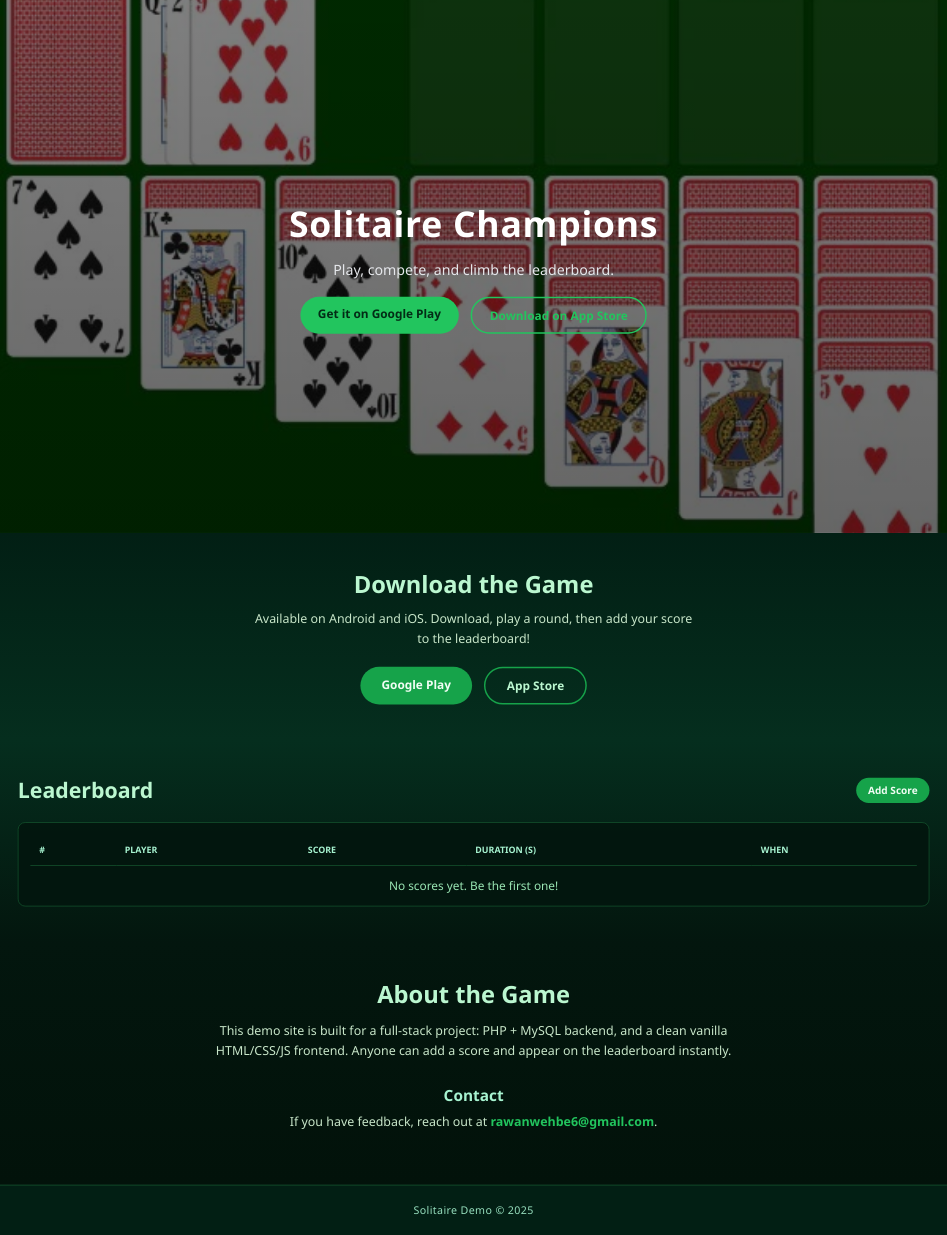
Repository: rawanwehbe6/solitaire-webapp
Page: solitaire-frontend/index.html
The author's editor kept a copy of each file at every save. The page is drawn from the files as they stood at one save, then again after the next save.
The browser window is 1280 px wide. The pictures show the whole page, at 74% of full size.
The page's requests for data from a server got no answer.

Above is the page before, as saved 2025-11-05 21:55:52.

### solitaire-frontend/index.html
<!DOCTYPE html>
<html lang="en">
<head>
  <meta charset="UTF-8">
  <title>Solitaire Leaderboard</title>
  <meta name="viewport" content="width=device-width, initial-scale=1.0">
  <link rel="stylesheet" href="style.css">
</head>
<body>
  <header class="hero">
    <div class="hero-content">
      <h1>Solitaire Champions</h1>
      <p>Play, compete, and climb the leaderboard.</p>
      <div class="hero-buttons">
        <a href="https://play.google.com" target="_blank" class="btn primary">Get it on Google Play</a>
        <a href="https://www.apple.com/app-store/" target="_blank" class="btn secondary">Download on App Store</a>
      </div>
    </div>
  </header>

  <main>
    <section id="download" class="section">
      <h2>Download the Game</h2>
      <p>Available on Android and iOS. Download, play a round, then add your score to the leaderboard!</p>
      <div class="download-links">
        <a href="https://play.google.com" target="_blank" class="btn primary">Google Play</a>
        <a href="https://www.apple.com/app-store/" target="_blank" class="btn secondary">App Store</a>
      </div>
    </section>

    <section id="leaderboard" class="section">
      <div class="section-header">
        <h2>Leaderboard</h2>
        <a href="add-score.html" class="btn small">Add Score</a>
      </div>

      <div class="table-wrapper">
        <table>
          <thead>
          <tr>
            <th>#</th>
            <th>Player</th>
            <th>Score</th>
            <th>Duration (s)</th>
            <th>When</th>
          </tr>
          </thead>
          <tbody id="leaderboard-body">
          </tbody>
        </table>
        <p id="leaderboard-empty" class="muted hidden">No scores yet. Be the first one!</p>
      </div>
    </section>

    <section id="about" class="section">
      <h2>About the Game</h2>
      <p>
        This demo site is built for a full-stack project: PHP + MySQL backend, and a clean vanilla HTML/CSS/JS frontend.
        Anyone can add a score and appear on the leaderboard instantly.
      </p>

      <h3>Contact</h3>
      <p>If you have feedback, reach out at <a href="mailto:rawanwehbe6@gmail.com">rawanwehbe6@gmail.com</a>.</p>
    </section>
  </main>

  <footer class="footer">
    <p>Solitaire Demo &copy; 2025</p>
  </footer>
  <script src="axios.min.js"></script>
  <script src="script.js"></script>

</body>
</html>

### solitaire-frontend/style.css

* {
  box-sizing: border-box;
  margin: 0;
  padding: 0;
}

body {
  font-family: "Segoe UI", system-ui, sans-serif;
  color: #fff;
  background: #0b0f1a;
}


.hero {
  height: 100vh;
  display: flex;
  align-items: center;
  justify-content: center;
  text-align: center;
  color: #fff;
  position: relative;


  background:
    linear-gradient(rgba(0, 0, 0, 0.5), rgba(0, 0, 0, 0.6)),
    url("images/solitare-img.webp") center/cover no-repeat;
}


.hero-content {
  max-width: 700px;
  padding: 1.5rem;
}

.hero h1 {
  font-size: 3rem;
  margin-bottom: 1rem;
  letter-spacing: 1px;
}

.hero p {
  font-size: 1.2rem;
  margin-bottom: 1.5rem;
  color: #e5e7eb;
}


.hero-buttons {
  display: flex;
  justify-content: center;
  gap: 1rem;
  flex-wrap: wrap;
}

.btn {
  text-decoration: none;
  padding: 0.75rem 1.5rem;
  border-radius: 999px;
  font-weight: 600;
  transition: 0.3s ease;
}

.btn.primary {
  background: #22c55e;
  color: #032c16;
}

.btn.secondary {
  border: 2px solid #22c55e;
  color: #22c55e;
}

.btn:hover {
  transform: translateY(-3px);
  opacity: 0.9;
}


@media (max-width: 600px) {
  .hero h1 {
    font-size: 2rem;
  }
  .hero p {
    font-size: 1rem;
  }
}

#download {
  text-align: center;
  background: linear-gradient(180deg, #021f14 0%, #052e1e 100%);
  padding: 3rem 1.5rem;
  color: #e8f5e9;
}

#download h2 {
  font-size: 2rem;
  margin-bottom: 0.75rem;
  color: #bbf7d0;
}

#download p {
  color: #c8e6c9;
  font-size: 1.05rem;
  max-width: 600px;
  margin: 0 auto 1.5rem auto;
  line-height: 1.6;
}

#download .download-links {
  display: flex;
  justify-content: center;
  gap: 1rem;
  flex-wrap: wrap;
}

#download .btn {
  padding: 0.8rem 1.8rem;
  font-size: 1rem;
  border-radius: 999px;
  transition: 0.3s ease;
}

#download .btn.primary {
  background: #16a34a;
  color: #f0fdf4;
}

#download .btn.secondary {
  border: 2px solid #16a34a;
  color: #bbf7d0;
  background: transparent;
}

#download .btn:hover {
  transform: translateY(-3px);
  opacity: 0.9;
}


#leaderboard {
  padding: 3rem 1.5rem;
  background: linear-gradient(180deg, #052e1e 0%, #03160e 100%);
  color: #e8f5e9;
}

#leaderboard .section-header {
  display: flex;
  justify-content: space-between;
  align-items: center;
  margin-bottom: 1.5rem;
  flex-wrap: wrap;
}

#leaderboard h2 {
  font-size: 1.8rem;
  color: #bbf7d0;
}

#leaderboard .btn.small {
  background: #16a34a;
  color: #f0fdf4;
  font-size: 0.85rem;
  padding: 0.45rem 1rem;
  border-radius: 999px;
  transition: 0.3s ease;
}

#leaderboard .btn.small:hover {
  transform: translateY(-2px);
  opacity: 0.9;
}


.table-wrapper {
  overflow-x: auto;
  background: rgba(3, 22, 14, 0.9);
  border-radius: 10px;
  padding: 1rem;
  border: 1px solid #14532d;
}

table {
  width: 100%;
  border-collapse: collapse;
  color: #f0fdf4;
}

th, td {
  padding: 0.75rem;
  text-align: left;
}

th {
  text-transform: uppercase;
  font-size: 0.75rem;
  color: #a7f3d0;
  border-bottom: 1px solid #14532d;
}

tbody tr:nth-child(even) {
  background: rgba(22, 163, 74, 0.08);
}

tbody tr:hover {
  background: rgba(22, 163, 74, 0.15);
  transition: 0.2s ease;
}

#leaderboard-empty {
  text-align: center;
  margin-top: 1rem;
  color: #9ae6b4;
}


@media (max-width: 600px) {
  #download h2,
  #leaderboard h2 {
    font-size: 1.5rem;
  }

  #download p {
    font-size: 0.95rem;
  }
}
/* ---------- About Section ---------- */
#about {
  padding: 3rem 1.5rem;
  background: linear-gradient(180deg, #03160e 0%, #02120a 100%);
  color: #e8f5e9;
  text-align: center;
}

#about h2 {
  font-size: 2rem;
  margin-bottom: 1rem;
  color: #bbf7d0;
}

#about p {
  color: #c8e6c9;
  font-size: 1.05rem;
  line-height: 1.6;
  max-width: 700px;
  margin: 0.5rem auto 1.5rem auto;
}

#about h3 {
  font-size: 1.3rem;
  margin-top: 2rem;
  color: #a7f3d0;
}

#about a {
  color: #22c55e;
  text-decoration: none;
  font-weight: 600;
  transition: color 0.3s ease;
}

#about a:hover {
  color: #86efac;
}


.footer {
  background: #021f14;
  color: #a7f3d0;
  text-align: center;
  padding: 1.5rem;
  border-top: 1px solid #14532d;
  font-size: 0.9rem;
}

.footer p {
  opacity: 0.9;
  letter-spacing: 0.5px;
}
/* ---------- Add Score Page ---------- */
.add-score-page {
  min-height: 100vh;
  background: linear-gradient(180deg, #021f14 0%, #052e1e 100%);
  display: flex;
  flex-direction: column;
  align-items: center;
  justify-content: center;
  padding: 2rem 1rem;
  color: #e8f5e9;
}

.add-score-page h1 {
  font-size: 2.2rem;
  margin-bottom: 0.5rem;
  color: #bbf7d0;
  text-align: center;
}

.add-score-page p {
  font-size: 1.05rem;
  color: #c8e6c9;
  text-align: center;
  margin-bottom: 1.5rem;
  max-width: 500px;
  line-height: 1.6;
}

/* Form card */
#add-score-form {
  background: rgba(3, 22, 14, 0.9);
  padding: 2rem;
  border-radius: 12px;
  border: 1px solid #14532d;
  box-shadow: 0 0 15px rgba(22, 163, 74, 0.1);
  max-width: 400px;
  width: 100%;
  text-align: left;
}

#add-score-form label {
  display: block;
  font-weight: 600;
  color: #bbf7d0;
  margin-bottom: 0.4rem;
}

#add-score-form input[type="text"] {
  width: 100%;
  padding: 0.7rem 1rem;
  border-radius: 8px;
  border: 1px solid #14532d;
  background: #02120a;
  color: #e8f5e9;
  font-size: 1rem;
  margin-bottom: 1rem;
  transition: border-color 0.3s ease;
}

#add-score-form input[type="text"]:focus {
  outline: none;
  border-color: #16a34a;
  box-shadow: 0 0 5px rgba(22, 163, 74, 0.4);
}

#add-score-form button {
  width: 100%;
  background: #16a34a;
  color: #f0fdf4;
  border: none;
  border-radius: 999px;
  padding: 0.75rem;
  font-size: 1rem;
  font-weight: 600;
  cursor: pointer;
  transition: background 0.3s ease, transform 0.2s ease;
}

#add-score-form button:hover {
  background: #22c55e;
  transform: translateY(-2px);
}

#add-score-message {
  text-align: center;
  margin-top: 1rem;
  color: #a7f3d0;
}


.add-score-page .link {
  color: #22c55e;
  text-decoration: none;
  margin-top: 1.5rem;
  display: inline-block;
  font-weight: 600;
  transition: color 0.3s ease;
}

.add-score-page .link:hover {
  color: #86efac;
}

@media (max-width: 600px) {
  #add-score-form {
    padding: 1.5rem;
  }
  .add-score-page h1 {
    font-size: 1.8rem;
  }
  .add-score-page p {
    font-size: 0.95rem;
  }
}

### solitaire-frontend/script.js

const BACKEND_BASE_URL = '../solitaire-backend';

function loadLeaderboard() {
  const tbody = document.getElementById('leaderboard-body');
  const emptyMsg = document.getElementById('leaderboard-empty');
  if (!tbody) return;

  axios.get(`${BACKEND_BASE_URL}/get-leaderboard.php`)
    .then(response => {
      if (!response.data.success) {
        console.error(response.data.error || 'Unknown error');
        return;
      }

      const rows = response.data.data || [];
      tbody.innerHTML = '';

      if (rows.length === 0) {
        emptyMsg && emptyMsg.classList.remove('hidden');
        return;
      } else {
        emptyMsg && emptyMsg.classList.add('hidden');
      }

      rows.forEach((row, index) => {
        const tr = document.createElement('tr');

        const createdAt = row.created_at ? new Date(row.created_at) : null;
        const whenText = createdAt ? createdAt.toLocaleString() : '';

        tr.innerHTML = `
          <td>${index + 1}</td>
          <td>${row.player_name}</td>
          <td>${row.score}</td>
          <td>${row.duration_seconds}</td>
          <td>${whenText}</td>
        `;

        tbody.appendChild(tr);
      });
    })
    .catch(err => {
      console.error('Failed to load leaderboard', err);
    });
}

function setupAddScoreForm() {
  const form = document.getElementById('add-score-form');
  const nameInput = document.getElementById('player-name');
  const messageEl = document.getElementById('add-score-message');

  if (!form) return;

  form.addEventListener('submit', function (e) {
    e.preventDefault();

    const name = nameInput.value.trim();
    if (!name) {
      messageEl.textContent = 'Please enter a name.';
      return;
    }

    messageEl.textContent = 'Submitting...';

    axios.post(`${BACKEND_BASE_URL}/add-score.php`, { name })
      .then(response => {
        if (!response.data.success) {
          messageEl.textContent = response.data.error || 'Something went wrong.';
          return;
        }

        messageEl.textContent = 'Score added! Redirecting to leaderboard...';


        setTimeout(() => {
          window.location.href = 'index.html';
        }, 1000);
      })
      .catch(err => {
        console.error('Failed to add score', err);
        messageEl.textContent = 'Network error. Please try again.';
      });
  });
}

document.addEventListener('DOMContentLoaded', () => {
  loadLeaderboard();
  setupAddScoreForm();
});

Loaded but not shown: solitaire-frontend/axios.min.js (library)

After the next save:
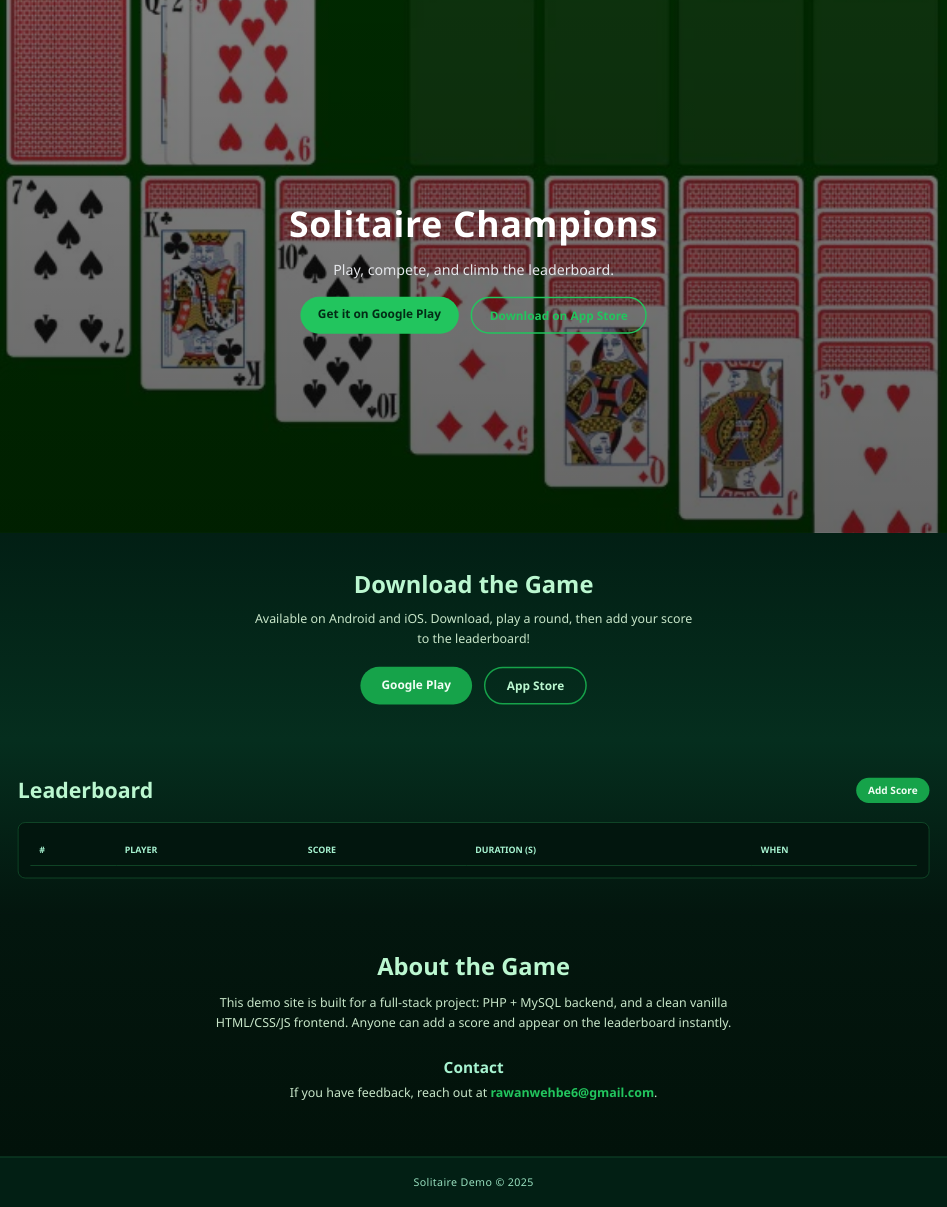
Saved 6 min 33 s later.
--- a/solitaire-frontend/index.html
+++ b/solitaire-frontend/index.html
@@ -48,7 +48,6 @@
           <tbody id="leaderboard-body">
           </tbody>
         </table>
-        <p id="leaderboard-empty" class="muted hidden">No scores yet. Be the first one!</p>
       </div>
     </section>
 
